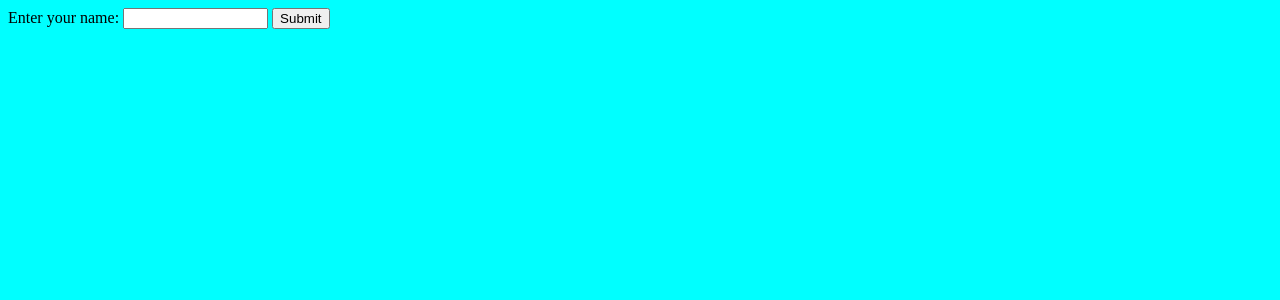
Repository: kevankay/Day10
Page: HelloWorld/WebContent/home.html
An editor plug-in stored every save of this project. The page is shown before and after the next save, followed by the edit.
The browser window is 1280 px wide. The pictures show the whole page.

Above is the page before, as saved 2018-09-05 09:43:29.

After the next save:
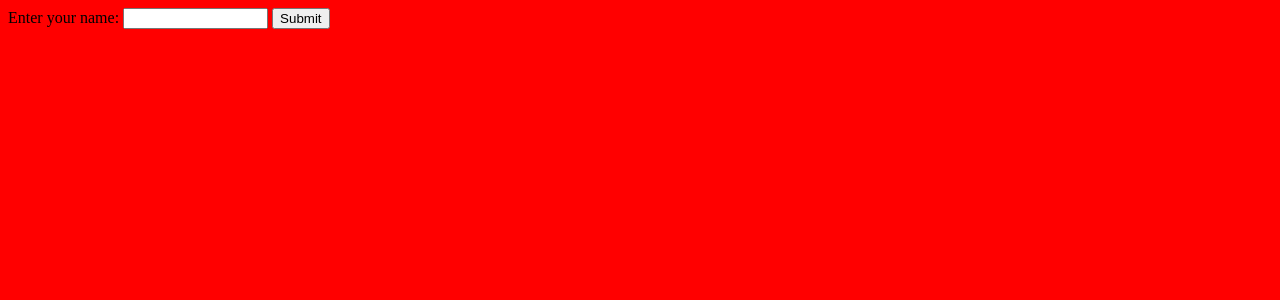
Saved 2 min 39 s later.
--- a/HelloWorld/WebContent/home.html
+++ b/HelloWorld/WebContent/home.html
@@ -4,7 +4,7 @@
 <meta charset="ISO-8859-1">
 <title>Home Page</title>
 </head>
-<body bgcolor="cyan">
+<body bgcolor="red">
     <!-- a href="hello world">Click here</a> -->
 
     <form action="greet" method="post">
